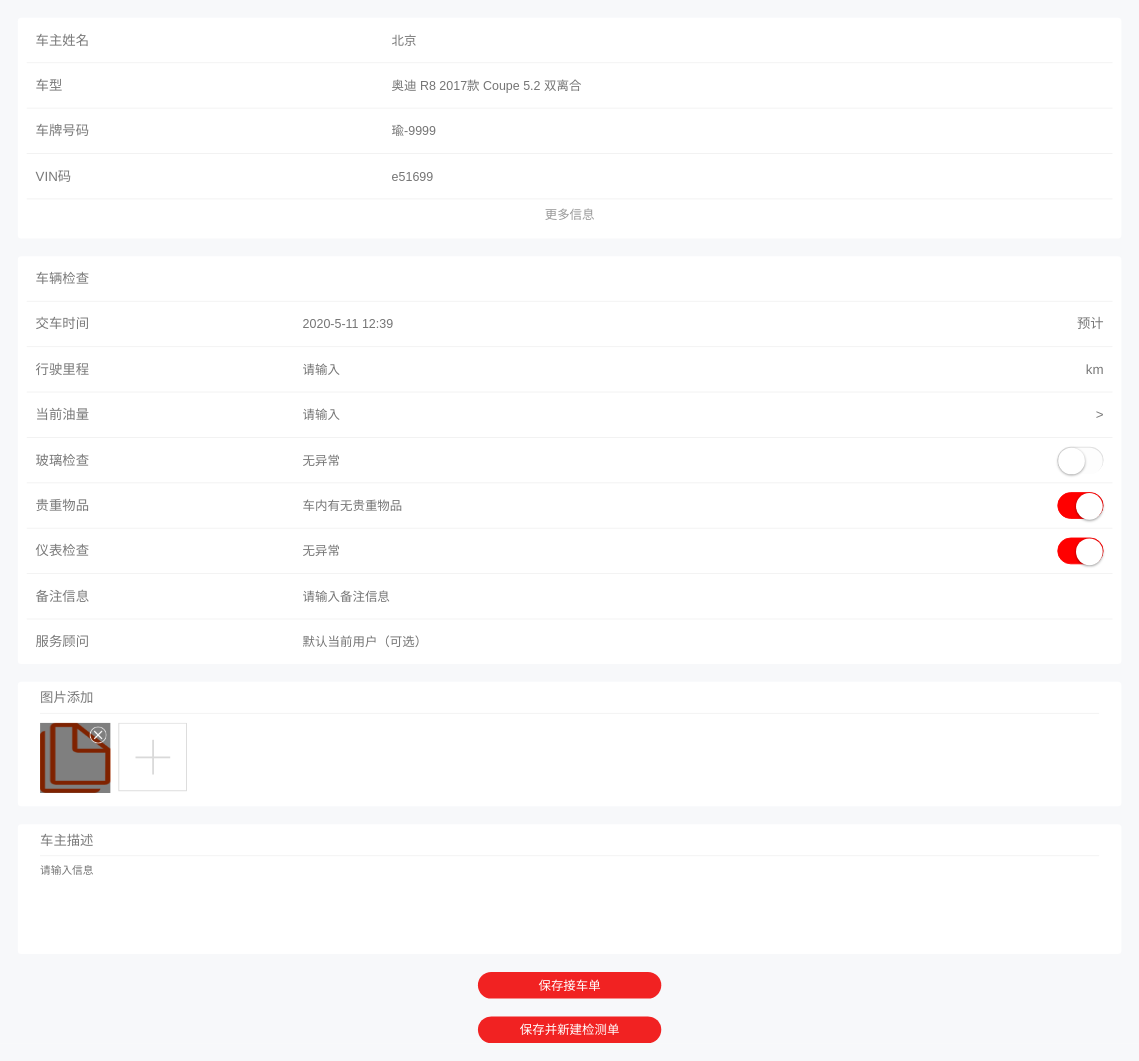
Repository: family-car/car
Page: vehicleEntry.html
The author's editor kept a copy of each file at every save. The page is drawn from the files as they stood at one save, then again after the next save.
The browser window is 1280 px wide. The pictures show the whole page, at 89% of full size.

Above is the page before, as saved 2020-05-12 00:17:03.

### vehicleEntry.html
<!-- HTML5文件 -->
<!DOCTYPE html>
<html>
<head>
	<meta charset="utf-8" />
	<meta name="viewport" content="width=device-width,minimum-scale=1.0,maximum-scale=1.0,user-scalable=no"/>
	<meta content="telephone=no,email=no" name="format-detection">
	<meta name="wap-font-scale" content="no">
	<title>车辆进场</title>
	<!-- ui框架引入css -->
	<link href="lib/weui/weui.min.css" rel="stylesheet" type="text/css" />
	<link href="lib/weui/jquery-weui.min.css" rel="stylesheet" type="text/css" />
	<!-- 公用样式css -->
	<link href="src/css/base.css" rel="stylesheet" type="text/css" />
	<!-- 界面引入css -->
  <link href="src/css/app/vehicleEntry.css" rel="stylesheet" type="text/css" />
  <!-- jquery引入 -->
  <script type="text/javascript" src="lib/jquery/jquery-2.1.4.min.js"></script>
  <script type="text/javascript" src="lib/unit.js"></script>
</head>
<body>

<div class="main bot44">
   <div class="userInfo">
    <div class="userInfo_form">
        <div class="form_cell flex">
            <label class="weui-label cell">车主姓名</label>
            <input class="weui-input cell2" readonly="readonly" placeholder="北京">
        </div>
        <div class="form_cell flex">
            <label class="weui-label cell">车型</label>
            <input class="weui-input cell2" readonly="readonly" placeholder="奥迪 R8 2017款 Coupe 5.2 双离合">
        </div>
        <div class="form_cell flex">
            <label class="weui-label cell">车牌号码</label>
            <input class="weui-input cell2" readonly="readonly" placeholder="瑜-9999">
        </div>
        <div class="form_cell flex">
            <label class="weui-label cell">VIN码</label>
            <input class="weui-input cell2" readonly="readonly" placeholder="e51699">
        </div>
        <div class="form_cell more">
            <p>更多信息</p>
        </div>
    </div>
   </div>
   <div class="userInfo carCheck">
    <div class="userInfo_form">
        <div class="form_cell flex form_cell_3">
            <label class="weui-label cell">车辆检查</label>
        </div>
        <div class="form_cell flex form_cell_3">
            <label class="weui-label cell">交车时间</label>
            <input class="weui-input cell2" type="readonly" placeholder="2020-5-11 12:39">
            <label class="weui-label cell weui_right">预计</label>
        </div>
        <div class="form_cell flex form_cell_3">
            <label class="weui-label cell">行驶里程</label>
            <input class="weui-input cell2" type="readonly" placeholder="请输入">
            <label class="weui-label cell weui_right">km</label>
        </div>
        <div class="form_cell flex form_cell_3">
            <label class="weui-label cell">当前油量</label>
            <input class="weui-input cell2" type="readonly" placeholder="请输入">
            <label class="weui-label cell weui_right">></label>
        </div>
        <div class="form_cell flex form_cell_3">
            <label class="weui-label cell">玻璃检查</label>
            <input class="weui-input cell2" type="readonly" placeholder="无异常">
            <label class="weui-label cell weui_right"><input class="weui-switch" type="checkbox"></label>
        </div>
        <div class="form_cell flex form_cell_3">
            <label class="weui-label cell">贵重物品</label>
            <input class="weui-input cell2" type="readonly" placeholder="车内有无贵重物品">
            <label class="weui-label cell weui_right"><input class="weui-switch" type="checkbox" checked="checked"></label>
        </div>
        <div class="form_cell flex form_cell_3">
            <label class="weui-label cell">仪表检查</label>
            <input class="weui-input cell2" type="readonly" placeholder="无异常">
            <label class="weui-label cell weui_right"><input class="weui-switch" type="checkbox" checked="checked"></label>
        </div>
        <div class="form_cell flex form_cell_3">
            <label class="weui-label cell">备注信息</label>
            <input class="weui-input cell2" type="readonly" placeholder="请输入备注信息">
            <label class="weui-label cell weui_right"></label>
        </div>
        <div class="form_cell flex form_cell_3">
            <label class="weui-label cell">服务顾问</label>
            <input class="weui-input cell2" type="readonly" placeholder="默认当前用户（可选）">
            <label class="weui-label cell weui_right"></label>
        </div>
    </div>
   </div>
   <div class="userInfo upload">
        <div class="userInfo_form">
            <div class="weui-cell">
            <div class="weui-cell__bd">
                <div class="weui-uploader">
                    <div class="weui-uploader__hd">
                        <p class="weui-uploader__title title">图片添加</p>
                    </div>
                    <div class="weui-uploader__bd">
                        <ul class="weui-uploader__files" id="uploaderFiles">
                            <li class="weui-uploader__file weui-uploader__file_status" style="background-image:url(src/image/handel.png)">
                                <img src="src/image/cancel.png"/>
                            </li>
                        </ul>
                        <div class="weui-uploader__input-box">
                        <input id="uploaderInput" class="weui-uploader__input" type="file" accept="image/*" multiple="">
                    </div>
                </div>
                </div>
            </div>
            </div>
        </div>
    </div>
    <div class="userInfo upload">
        <div class="userInfo_form">
            <div class="weui-cell">
            <div class="weui-cell__bd">
                <div class="weui-uploader">
                    <div class="weui-uploader__hd">
                        <p class="weui-uploader__title title">车主描述</p>
                    </div>
                    <div class="weui-uploader__bd">
                        <textarea placeholder="请输入信息" class="info"></textarea>
                    </div>
                </div>
                </div>
            </div>
            </div>
    </div>
    <div class="vehicleEntry_btn">保存接车单</div>
    <div class="vehicleEntry_btn">保存并新建检测单</div>
</div>

<!-- jquery引入 -->
<script type="text/javascript" src="lib/jquery/swiper.js"></script>
<script type="text/javascript" src="src/js/entry/index.js"></script>
<script type="text/javascript" src="src/js/entry/vehicleEntry.js"></script>
</body>
</html>

### src/css/base.css
*,
*:after,
*:before {
    -webkit-box-sizing: border-box;
    box-sizing: border-box;
}
[v-cloak] {
  display: none;
}
a,
blockquote,
body,
code,
dd,
div,
dl,
dt,
em,
fieldset,
form,
h1,
h2,
h3,
h4,
h5,
h6,
iframe,
img,
input,
label,
li,
object,
ol,
p,
q,
small,
span,
strong,
table,
tbody,
td,
th,
tr,
ul {
    margin: 0;
    padding: 0;
    border: 0;
}
input{
	outline: none;
}
body,
html {
    width: 100%;
}

body {
    margin: 0 auto;
    line-height: 1;
    font-size: 14px;
    font-family: 'STHeiti', 'Microsoft YaHei', Helvetica, Arial, sans-serif;
    -webkit-text-size-adjust: none;
    -webkit-tap-highlight-color: rgba(0, 0, 0, 0);
}

h1,
h2,
h3,
h4,
h5,
h6 {
    font-size: .28rem;
    font-weight: normal;
}

a,
a:active,
a:focus,
a:hover,
a:visited {
    text-decoration: none;
    color: #393939;
}

a,
img {
    -webkit-touch-callout: none;
}

li,
ol,
ul {
    list-style: none;
}

input[type="password"],
input[type="tel"],
input[type="text"],
select,
textarea {
    display: block;
    width: 100%;
    line-height: 1.2;
    font-size:14px;
    resize: none;
    outline: 0;
    vertical-align: middle;
    background-color: #fff;
    background-image: none;
    border: 0;
    white-space: pre-wrap;
    word-wrap: break-word;
    -webkit-appearance: none;
}

p {
    background-color: transparent;
    word-break: break-all;
}

em,
i {
    font-style: normal;
}
@font-face {
    font-family: 'iconfont';
    src: url("../font/icomoon.eot");
    src: url("../font/icomoon.eot?#iefix") format("embedded-opentype"), url("../font/icomoon.ttf") format("truetype"), url("../font/icomoon.svg#iconfont") format("svg");
}

html {
    background: #fff;
}

body {
    background: #fff;
    color: #000;
}

.fl {
    float: left;
}

.fr {
    float: right;
}

.cf:after {
    display: block;
    clear: both;
    content: "";
    visibility: hidden;
    height: 0;
}

.tr {
    text-align: right;
}

.tc {
    text-align: center;
}

.td-underline {
    text-decoration: underline;
}

.tm {
    vertical-align: middle;
}
.boxSizing{
    box-sizing:border-box;
    -moz-box-sizing:border-box; /* Firefox */
    -webkit-box-sizing:border-box;
}

.flex {
    display: -webkit-box !important;
    display: -webkit-flex !important;
    display: -ms-flexbox !important;
    display: flex !important;
    -webkit-flex-wrap: wrap;
    -ms-flex-wrap: wrap;
    flex-wrap: wrap;
}

.flex .cell {
    -webkit-box-flex: 1;
    -webkit-flex: 1;
    -ms-flex: 1;
    flex: 1;
    width: 0;
    -webkit-flex-basis: 0;
    -ms-flex-preferred-size: 0;
    flex-basis: 0;
    max-width: 100%;
    display: block;
    padding: 0 !important;
    position: relative;
}
.flex .cell2{
    -webkit-box-flex: 2;
    -webkit-flex: 2;
    -ms-flex: 2;
    flex: 2;
}


.flex .cell.hide {
    display: none;
}

.flex .flex-130 {
    -webkit-box-flex: 150!important;
    -webkit-flex: 130!important;
    -ms-flex: 130!important;
    flex: 130!important;
}

.flex .flex-200 {
    -webkit-box-flex: 200!important;
    -webkit-flex: 200!important;
    -ms-flex: 200!important;
    flex: 200!important;
}

.flex-center {
    -webkit-box-pack: center;
    -webkit-justify-content: center;
    justify-content: center;
    -webkit-box-align: center;
    -webkit-align-items: center;
    align-content: center;
}
.flex-between {
    -webkit-box-pack: center;
    -webkit-justify-content: space-between;
    justify-content: space-between;
    -webkit-box-align: center;
    -webkit-align-items: center;
    align-content: center;
}

.img-responsive {
    display: inline-block;
    width: 100%;
}

.bg-white {
    background: #fff;
}

.bg-orange {
    background: #fa462d;
}

.bg-blue {
    background: #246EBE;
}
.bg-green{color:#0BA66D;}
.bg-light-green{color:#56dfb3;}
.bg-gray {
    background: #f3f4f6;
}

.bg-light-yellow {
    background: #fbf8ec;
}

.bg-disabled {
    background: #9d9d9d;
}

.color-blue {
    color: #246EBE;
}

.color-muted {
    color: #9d9d9d;
}

.color-orange {
    color: #fa462d;
}

.color-white {
    color: #fff;
}

.color-gray {
    color: #848689;
}
.color-green{color:#0BA66D;}
.color-light-green{color:#56dfb3;}
.color-red{color:#f23030;}
.color-block{color:#393939;}

.relative {
    position: relative;
}

.overflow {
    overflow: hidden;
}

.ellipsis {
    white-space: nowrap;
    overflow: hidden;
    text-overflow: ellipsis;
}

.clamp {
    display: -webkit-box;
    overflow: hidden;
    text-overflow: ellipsis;
    -webkit-line-clamp: 2;
    -webkit-box-orient: vertical;
}

.animate {
    -webkit-animation-play-state: paused;
}

.hide {
    display: none;
}

.footbar-default .coagent span:before,
.iconfont,
.panel-selector .list li .fr:after,
.select:before {
    font-family: "iconfont" !important;
    font-size: .28rem;
    font-style: normal;
    -webkit-font-smoothing: antialiased;
    -webkit-text-stroke-width: 2px;
    -moz-osx-font-smoothing: grayscale;
}
.btn {
    display: inline-block;
    padding: .18rem .2rem;
    vertical-align: middle;
    font-size: .26rem;
    font-weight: normal;
    line-height: 1;
    text-align: center;
    white-space: nowrap;
    background-image: none;
    border: 1px solid transparent;
    border-radius: .06rem;
    cursor: pointer;
    outline: 0;
    -webkit-appearance: none;
    -webkit-user-select: none;
    -moz-user-select: none;
    -ms-user-select: none;
    user-select: none;
}

.btn-default {
    color: #393939;
    background-color: #fff;
    border-color: #ccc;
}

.btn-primary {
    color: #fff;
    background-color: #0ba66d;
    border-color: #0ba66d;
}

.btn-primary-outline {
    color: #0ba66d;
    background-color: #fff;
    border-color: #0ba66d;
}

.btn-default-outline {
    color: #393939;
    background-color: #fff;
    border-color: #d7d7d7;
}

.btn-disabled {
    color: #fff;
    background-color: #9d9d9d;
    border-color: #9d9d9d;
}

.btn-block {
    display: block;
    width: 100%;
    padding-left: 0;
    padding-right: 0;
}

.btn-primary:active {
    color: #fff;
    background-color: #0ba66d;
    border-color: #0ba66d;
}

.btn-disabled:active {
    color: #fff;
    background-color: #9d9d9d;
    border-color: #9d9d9d;
}

.btn-default:active {
    color: #393939;
    background-color: #d7d7d7;
    border-color: #d7d7d7;
}

.btn-search {
    padding: .06rem .1rem;
    margin-left: .05rem;
    line-height: .4rem;
}

.pd8 {
    padding-right: .8rem;
    padding-left: .8rem;
}

.badge-outline {
    background: #fff;
    border: 1px solid #0ba66d;
    color: #0ba66d;
}

.no_info {
    color: #9d9d9d;
    line-height: 2.2rem;
    text-align: center;
}

.footbar {
    position: fixed;
    left: 0;
    right: 0;
    bottom: 0;
    z-index: 999999;
}
.footbar-default {
    height: 1.01rem;
    background-color: #fff;
    border-top: 1px solid #d7d7d7;
}
/*字体*/
.icon-detail:before {
    content: '\e93b';
}
.icon-floder:before {
    content: '\e91b';
}
.icon-home:before {
    content: '\e901';
}
.icon-order:before {
    content: '\e908';
}
.icon-mine:before {
    content: '\e905';
}
.icon-upload::before{
    content: '\e91c';
}
.icon-add::before{
    content: '\e91e';
}
.icon-detele::before{
    content: '\e920';
}
.icon-warn::before{
    content: '\e91a';
}
.icon-arrow::before{
    content:'\e916'
}
.icon-course::before{
    content:'\e908'
}

 #loading{
     position:fixed;
     top:0;left:0;
     width:100%;height:100%;
     background: rgba(0,0,0,.7);
     z-index:999;
}
 #loading .loader-01{
     position:absolute;top:50%;left:50%;
     width:60px;height:60px;
     margin-top:-30px;
     margin-left:-30px;
     color: #fff;
}
/*button*/
.vehicleEntry_btn{
    color: #F12222;
    width: 206px;
    height: 30px;
    background: #F12222;
    border-radius: 15px;
    color: #fff;
    text-align: center;
    line-height: 30px;
    margin: 0 auto;
    margin-bottom: 20px;
}

### src/css/app/vehicleEntry.css
body,html{
    background: #f7f8fa;
}
.userInfo{
    padding: 20px;
}

.userInfo .userInfo_form{
    background: #fff;
    border-radius: 4px;
    margin-top: 0;
    padding: 0 10px;
}
.userInfo .weui-label{
    color:#797979;
    font-size: 15px;
}
.userInfo_form .form_cell{
    padding: 10px;
    border-bottom: 1px solid #F1F1F1;
}
.userInfo_form .form_cell:last-child{
    border-bottom: none;
}
.form_cell label{
    line-height: 30px;
}
.form_cell label,.form_cell input{
     height: 30px;
}
.form_cell .cell{
    width: 90px;
    float: left;
}
.form_cell .center{
   margin-left: 90px;
}
.form_cell .weui_right{
    text-align: right;
    float: right;
}
.form_cell_3 .center input{
    width: 100px;
}



.userInfo .weui-cell__bd input{
    font-size: 15px;
    color: #2A2A2A;
}
.userInfo .form_cell p{
    text-align: center;
    font-size: 14px;
    color: #999999;
    padding-bottom: 10px;
}
.carCheck{
  padding-top: 0;
}
.carCheck .form_cell p{
   margin-left: 0;
   color: #333;
}
.weui-cell .weui-cell-right{
    color: #2A2A2A;
    font-size: 15px;
}
.upload{
    padding-top: 0;
}
.weui-switch:checked{
    background-color: #FF0000;
    border-color: #FF0000;
}
.weui-uploader__file_status{
    background-size: 100% 100%;
    position: relative;
}
.weui-uploader__file_status img{
    position: absolute;
    right: 4px;
    top: 4px;
    height: 20px;
    width: 20px;
}
.weui-uploader__file_status::before{
    background-color: rgba(0, 0, 0, 0.5);
}
.weui-uploader__hd .title{
    color:#797979;
    font-size:15px;
    padding-bottom: 10px;
    border-bottom: 1px solid #F1F1F1;
}
.weui-uploader__bd .info{
    height: 94px;
    color: #999999;
    font-size: 12px;
}
.vehicleEntry_btn{
    color: #F12222;
    width: 206px;
    height: 30px;
    background: #F12222;
    border-radius: 15px;
    color: #fff;
    text-align: center;
    line-height: 30px;
    margin: 0 auto;
    margin-bottom: 20px;
}

### src/js/entry/index.js
/**  默认加载  **/
$(function () {
    var  process={
        iconList:[{name:"接车进店",image:"src/image/join3x.png"},
            {name:"维保开单",image:"src/image/repair.png"},
            {name:"快速洗车",image:"src/image/wash.png"},
            {name:"车辆检测",image:"src/image/check.png"},
            {name:"待施工",image:"src/image/construct3x.png"},
            {name:"待完工",image:"src/image/complete.png"},
            {name:"完工质检",image:"src/image/quality.png"},
            {name:"待结算",image:"src/image/account.png"},
            {name:"客户查询",image:"src/image/inquiry.png"},
            {name:"预约订单",image:"src/image/bill3x.png"},
            {name:"测试数据",image:"src/image/join3x.png"},
        ],
        init:function(){
            this.swiper();
        },
        pages () {
            const pages = []
            this.iconList.forEach((item, index) => {
              const page = Math.floor(index / 10)
              if (!pages[page]) {
                pages[page] = []
              }
              pages[page].push(item)
            })
            return pages
        },
        swiper:function () {
            /*加载轮播列表*/
            let swpier = []
            let temp = []
            $.each(this.pages(),function(n,item){
                temp.push(`<div class="swiper-slide">`);
                $.each(item,function(n,v){
                    temp.push(`<div class="iconList">`);
                    temp.push(`<img class="icon-img-content" src="${v.image}" alt="" />`);
                    temp.push(`<p class="icon-desc">${v.name}</p>`);
                    temp.push(`</div>`);
                })
                temp.push(`</div>`);
            })
            $(".swiper-wrapper").html(temp.join(''))
            /*  轮播效果加载   */
            $(".swiper-container").swiper({
                loop: true,
                autoplayDisableOnInteraction: false,
                autoplay: 3000,
                pagination: {
                    el: '.swiper-pagination',
                },
            });
        },
        click:function(){

        }
    };

    window.onload = function(){
        process.init();
    }


})

### src/js/entry/vehicleEntry.js
$(function () {
    var  process={
        init:function(){
            this.folder();
        },
        folder:function(){
            $('.userInfo_form form_cell').each(function(index){
                console.log($(this))
                if ( index > 2 ){
                   $(this).hide()
                }
            })

        }
    };

    window.onload = function(){
        process.init();
    }


})

Loaded but not shown: lib/weui/weui.min.css (library); lib/weui/jquery-weui.min.css (library); lib/jquery/jquery-2.1.4.min.js (library); lib/unit.js (library); lib/jquery/swiper.js (library)

After the next save:
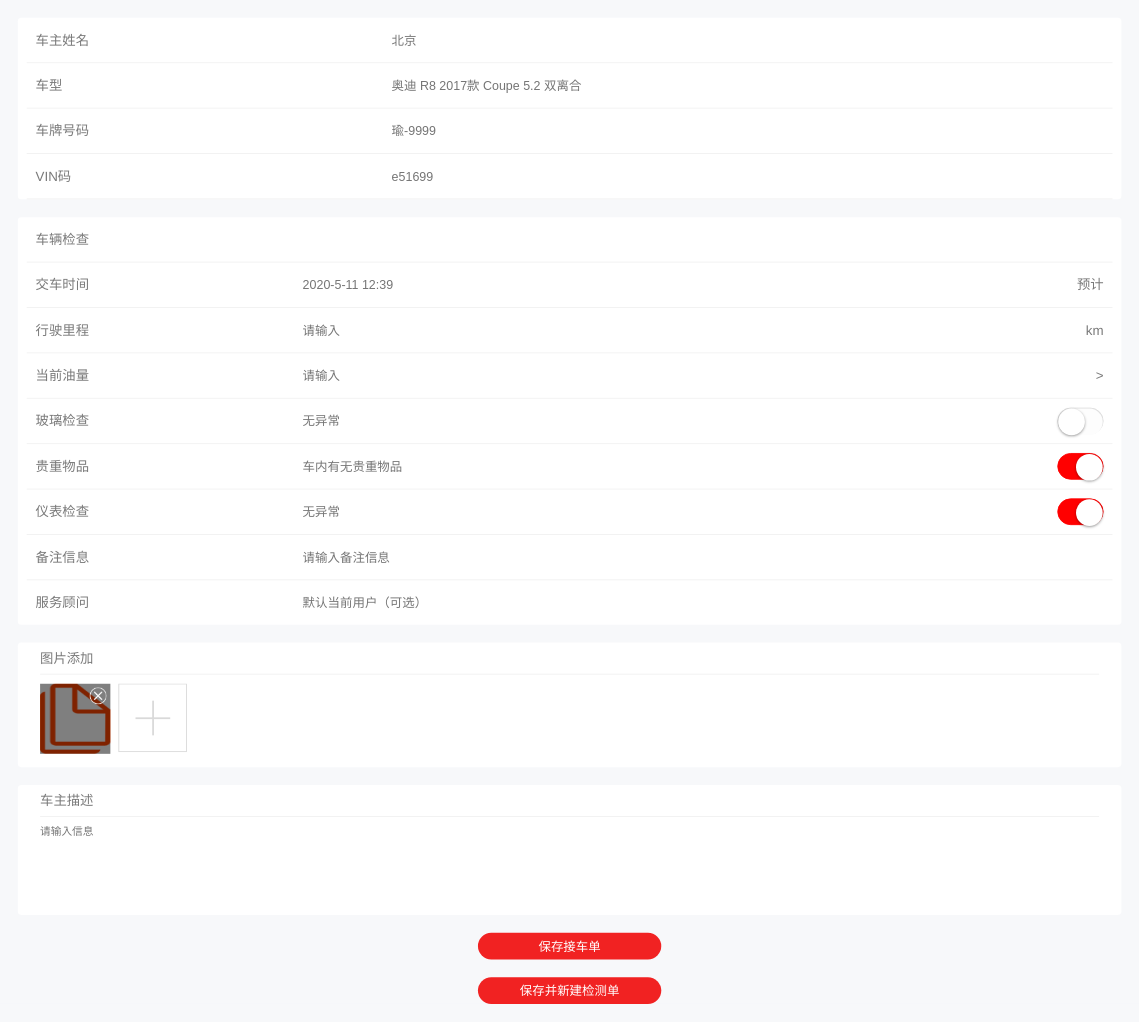
Saved 11 s later.
--- a/src/js/entry/vehicleEntry.js
+++ b/src/js/entry/vehicleEntry.js
@@ -4,7 +4,7 @@
             this.folder();
         },
         folder:function(){
-            $('.userInfo_form form_cell').each(function(index){
+            $('.userInfo_form .form_cell').each(function(index){
                 console.log($(this))
                 if ( index > 2 ){
                    $(this).hide()

After the 5 saves that followed:
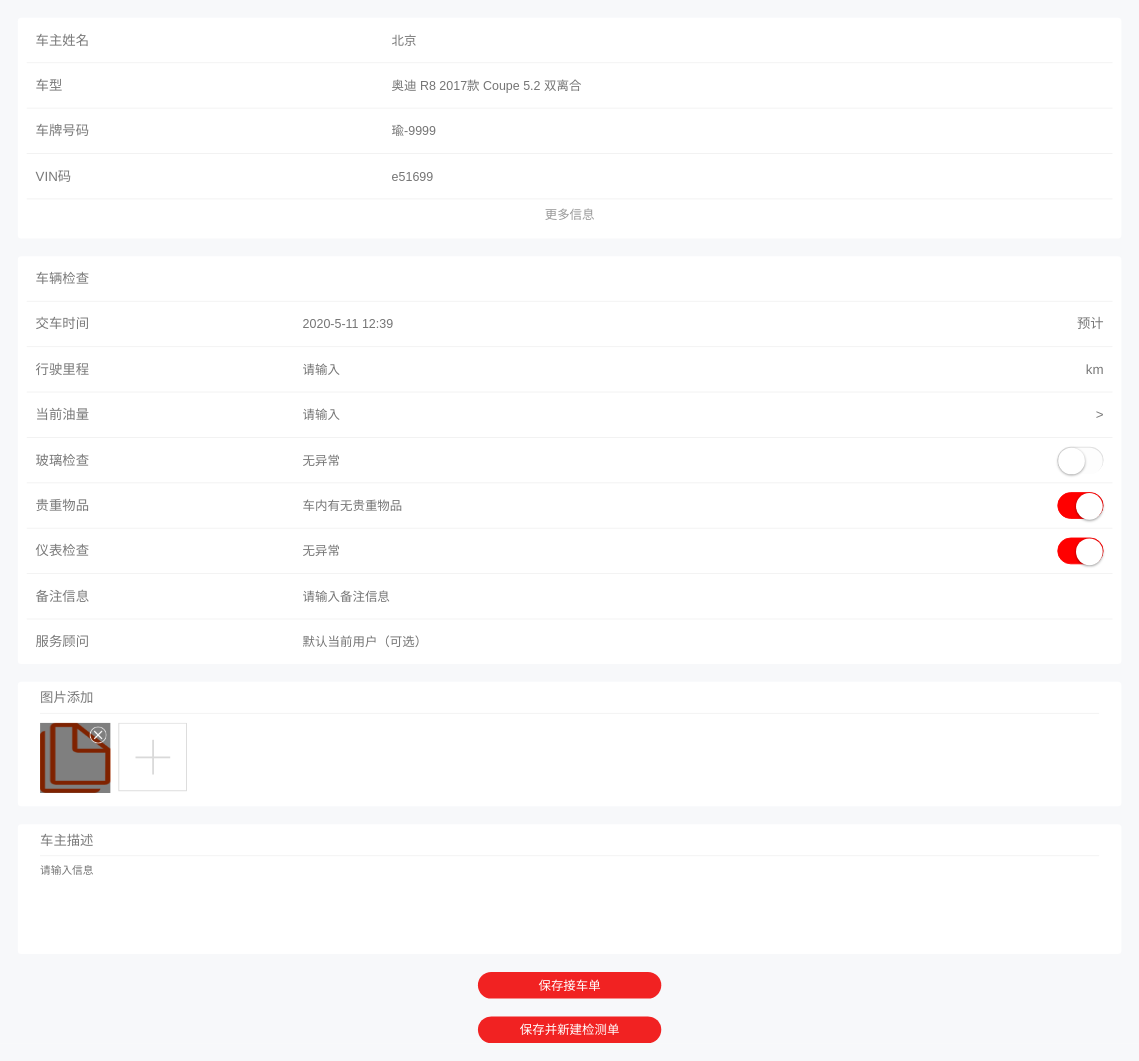
The 5 saves are shown as one change because 4 left the picture as it was.
The last was saved 69 s later.
--- a/src/js/entry/vehicleEntry.js
+++ b/src/js/entry/vehicleEntry.js
@@ -5,10 +5,7 @@
         },
         folder:function(){
             $('.userInfo_form .form_cell').each(function(index){
-                console.log($(this))
-                if ( index > 2 ){
-                   $(this).hide()
-                }
+
             })
 
         }
